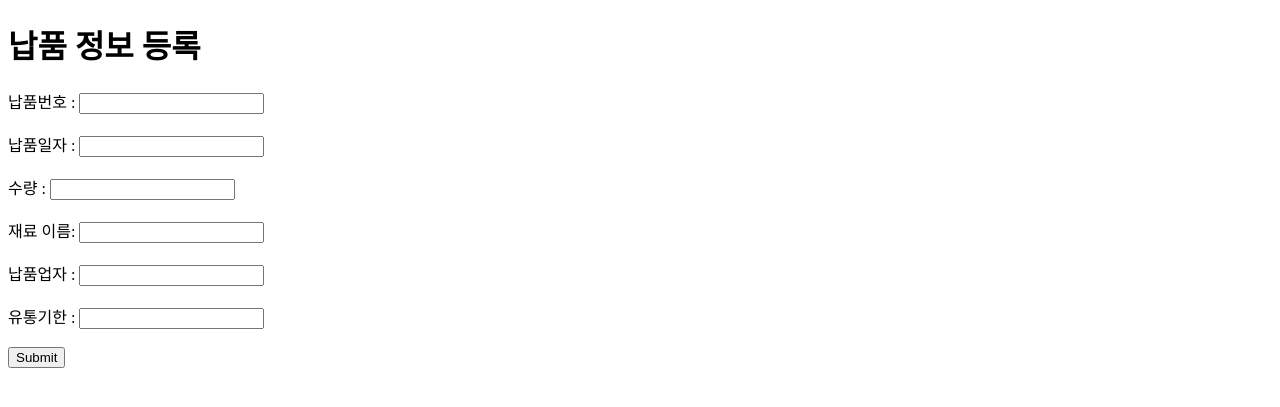
Repository: Awseok/InterDBTermProject
Page: FoodManager/WebContent/Supply_modify.html
These files come from the project's save history. The page is drawn as it stood at one moment and after the next save; the edit follows.
The browser window is 1280 px wide. The pictures show the whole page.

Above is the page before, as saved 2020-06-29 15:23:53.

### FoodManager/WebContent/Supply_modify.html
<!DOCTYPE html>
<html>
<head>
<meta charset="UTF-8">
<title>납품 정보 등록</title>
</head>
<body>
<h1> 납품 정보 등록 </h1>

<form action="http://localhost:8080/FoodManager/SupplyController">
납품번호 :  <input type="number" name="sno"> <br/><br>
납품일자 :  <input type="text" name="sdate"> <br/><br>
수량      :  <input type="number" name="amount"> <br/><br>
재료 이름:  <input type="text" name="gname"> <br/><br>
납품업자 :  <input type="text" name="sname"> <br/><br>
유통기한 :  <input type="text" name="edate"> <br/><br>

<input type="submit">
</form>
</body>
</html>

After the next save:
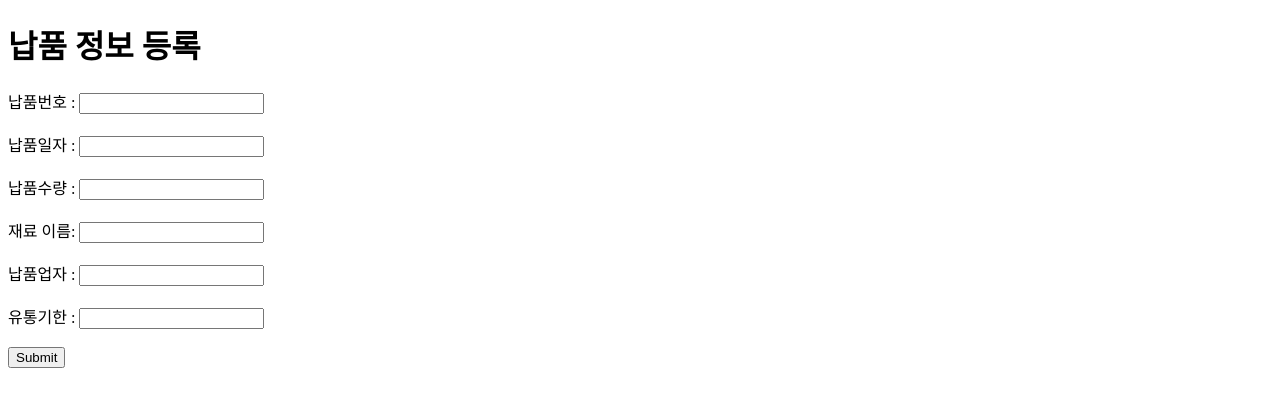
Saved 20 s later.
--- a/FoodManager/WebContent/Supply_modify.html
+++ b/FoodManager/WebContent/Supply_modify.html
@@ -10,7 +10,7 @@
 <form action="http://localhost:8080/FoodManager/SupplyController">
 납품번호 :  <input type="number" name="sno"> <br/><br>
 납품일자 :  <input type="text" name="sdate"> <br/><br>
-수량      :  <input type="number" name="amount"> <br/><br>
+납품수량 :  <input type="number" name="amount"> <br/><br>
 재료 이름:  <input type="text" name="gname"> <br/><br>
 납품업자 :  <input type="text" name="sname"> <br/><br>
 유통기한 :  <input type="text" name="edate"> <br/><br>
